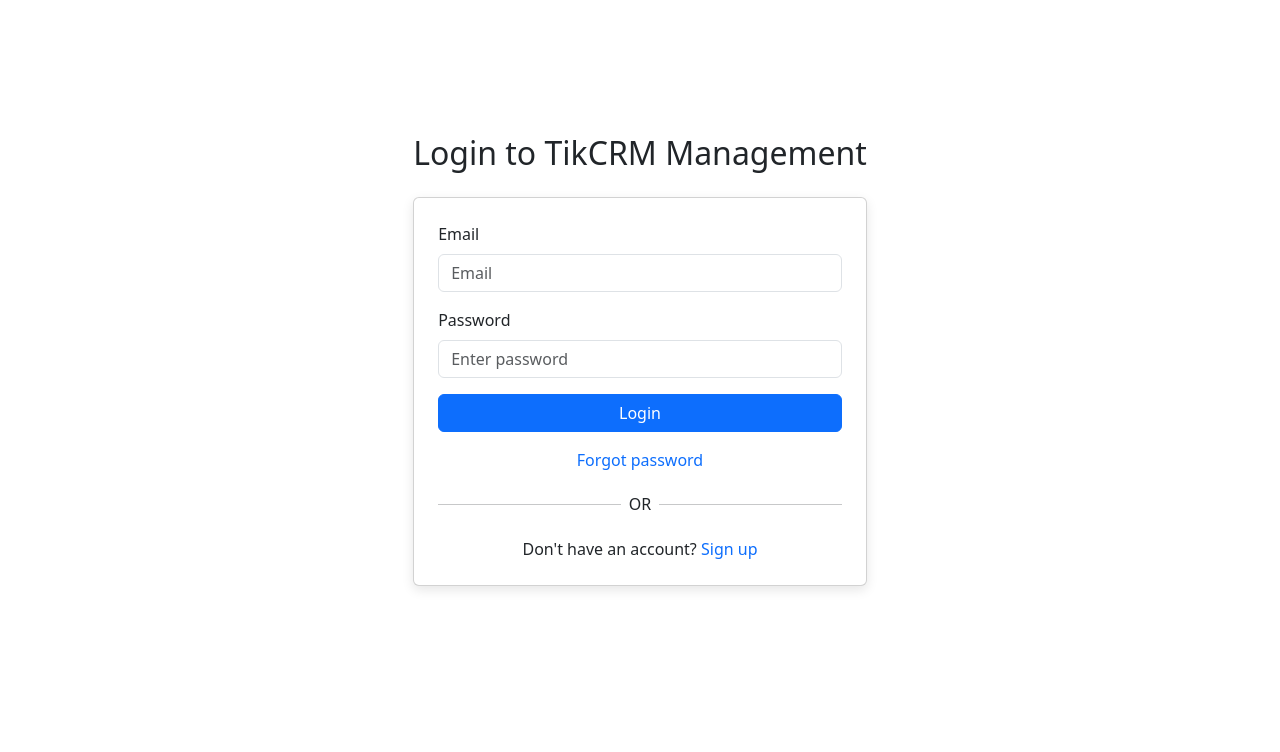
Repository: chaolaolo/tikcrm-fe
Page: /
The author's editor kept a copy of each file at every save. The page is drawn from the files as they stood at one save, then again after the next save.
The browser window is 1280 px wide. The pictures show the whole page.
The project was rebuilt for these pictures with package versions that can differ from the ones it lists, and the page was loaded fresh each time. Also part of the build but not shown: vite.config.ts, src/pages/Home/Settings.tsx, src/pages/Home/HomePage.tsx. Imported but missing from the stored project, and not drawn on this page: src/pages/Home/Dashboard, src/pages/Register/RegisterPage.

Above is the page before, as saved 2025-05-22 21:31:30.

### src/main.tsx
import React, { StrictMode } from 'react'
import ReactDOM from 'react-dom/client';
import { createRoot } from 'react-dom/client'
import './index.css'
import { BrowserRouter } from 'react-router-dom';
import { AuthProvider } from './store/AuthContext.tsx';
import App from './App.tsx'
import 'antd/dist/reset.css';
import 'bootstrap/dist/css/bootstrap.min.css';
import 'bootstrap/dist/js/bootstrap.bundle.min.js';

ReactDOM.createRoot(document.getElementById('root')!).render(
  <React.StrictMode>
    <AuthProvider>
      <BrowserRouter>
        <App />
      </BrowserRouter>
    </AuthProvider>
  </React.StrictMode>
)

### src/store/AuthContext.tsx
import React, { createContext, useContext, useState, type ReactNode } from 'react';

interface AuthContextProps {
  isLoggedIn: boolean;
  login: () => void;
  logout: () => void;
}

const AuthContext = createContext<AuthContextProps | undefined>(undefined);

export const AuthProvider = ({ children }: { children: ReactNode }) => {
  const [isLoggedIn, setIsLoggedIn] = useState(false);

  const login = () => setIsLoggedIn(true);
  const logout = () => setIsLoggedIn(false);

  return (
    <AuthContext.Provider value={{ isLoggedIn, login, logout }}>
      {children}
    </AuthContext.Provider>
  );
};

export const useAuth = () => {
  const context = useContext(AuthContext);
  if (!context) throw new Error('useAuth must be used within AuthProvider');
  return context;
};

### src/App.tsx
import { useState } from 'react'
import reactLogo from './assets/react.svg'
import viteLogo from '/vite.svg'
import './App.css'
import { useAuth } from './store/AuthContext';
import { Navigate, Route, Routes } from 'react-router-dom';
import LoginPage from './pages/Auth/LoginPage';
import RegisterPage from './pages/Register/RegisterPage';
import HomePage from './pages/Home/HomePage';
import 'bootstrap/dist/css/bootstrap.min.css';
import 'bootstrap/dist/js/bootstrap.bundle.min.js';
import 'antd/dist/reset.css'

const App = () => {
  const { isLoggedIn } = useAuth();

  return (
    <Routes>
      <Route path="/login" element={<LoginPage />} />
      <Route path="/register" element={<RegisterPage />} />
      <Route
        path="/home/*"
        element={isLoggedIn ? <HomePage /> : <Navigate to="/login" />}
      />
      <Route path="*" element={<Navigate to={isLoggedIn ? "/home" : "/login"} />} />
    </Routes>
  );
};

export default App;

### src/pages/Auth/LoginPage.tsx
import React from 'react';
import 'bootstrap/dist/css/bootstrap.min.css';

const LoginPage: React.FC = () => {
  return (
    <div className="container d-flex justify-content-center align-items-center" style={{ minHeight: '100vh' }}>
      <div>
        <h2 className="text-center mb-4 font-bold">Login to TikCRM Management</h2>
        <div className="card p-4" style={{ width: '100%', maxWidth: '600px', minWidth: '50%', boxShadow: '0 4px 12px rgba(0, 0, 0, 0.1)' }}>
          <form>
            <div className="mb-3 text-start">
              <label htmlFor="email" className="form-label">Email</label>
              <input
                type="email"
                className="form-control"
                id="email"
                placeholder="Email"
              />
            </div>

            <div className="mb-3 text-start">
              <label htmlFor="password" className="form-label">Password</label>
              <input
                type="password"
                className="form-control"
                id="password"
                placeholder="Enter password"
              />
            </div>

            <button type="submit" className="btn btn-primary w-100 mb-3">Login</button>

            <div className="text-center mb-3">
              <a href="#forgot-password" className="text-decoration-none">Forgot password</a>
            </div>

            <div className="d-flex align-items-center mb-3">
              <hr className="flex-grow-1" />
              <span className="px-2">OR</span>
              <hr className="flex-grow-1" />
            </div>

            <div className="text-center">
              <span>Don't have an account? </span>
              <a href="#signup" className="text-decoration-none">Sign up</a>
            </div>
          </form>
        </div>
      </div>
    </div>
  );
};

export default LoginPage;

Loaded but not shown: index.html (common file); src/index.css (common file); src/App.css (common file)

After the next save:
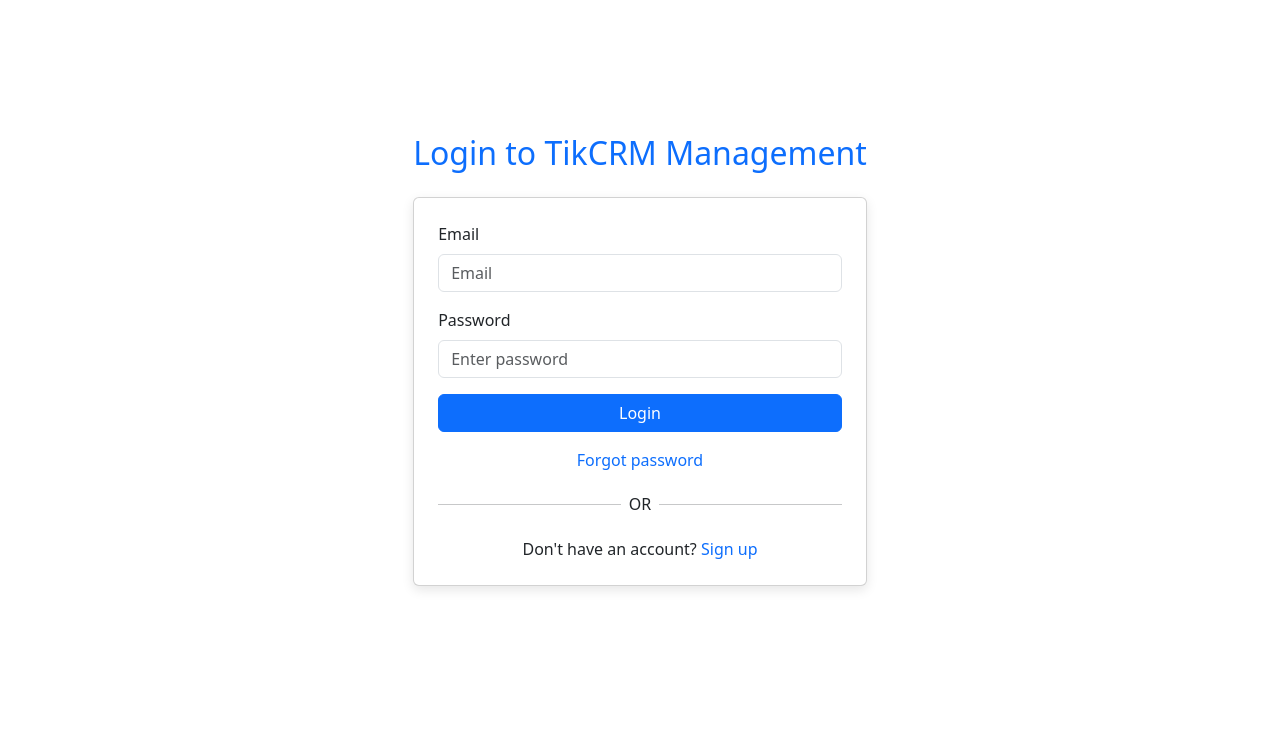
Saved 8 s later.
--- a/src/pages/Auth/LoginPage.tsx
+++ b/src/pages/Auth/LoginPage.tsx
@@ -5,7 +5,7 @@
   return (
     <div className="container d-flex justify-content-center align-items-center" style={{ minHeight: '100vh' }}>
       <div>
-        <h2 className="text-center mb-4 font-bold">Login to TikCRM Management</h2>
+        <h2 className="text-center mb-4 text-primary">Login to TikCRM Management</h2>
         <div className="card p-4" style={{ width: '100%', maxWidth: '600px', minWidth: '50%', boxShadow: '0 4px 12px rgba(0, 0, 0, 0.1)' }}>
           <form>
             <div className="mb-3 text-start">
